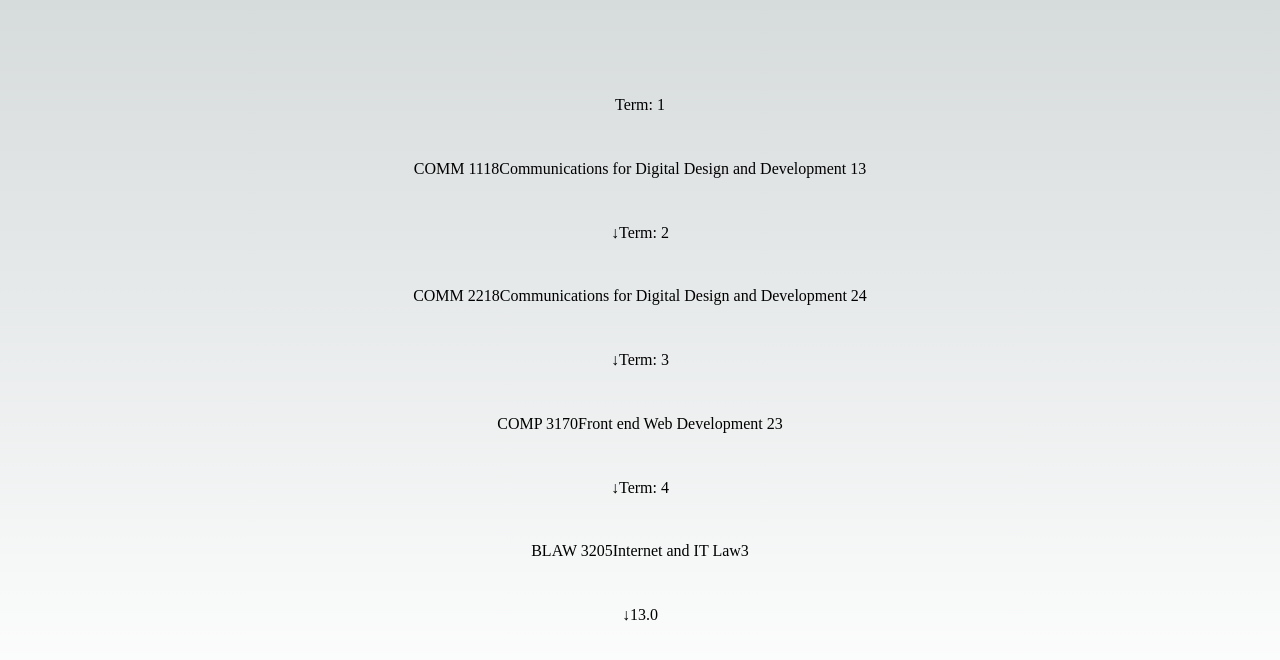
Repository: juliet-jskim/environmental-variable-accordion-inclass-example
Page: /
These files come from the project's save history. The page is drawn as it stood at one moment and after the next save; the edit follows.
The browser window is 1280 px wide. The pictures show the whole page.
The project was rebuilt for these pictures with package versions that can differ from the ones it lists, and the page was loaded fresh each time. The framework's server and built-in components were replaced by stand-ins that run in the browser. Also part of the build but not shown: next.config.js.

Above is the page before, as saved 2023-03-27 10:04:42.

### pages/index.js
import Head from 'next/head'
import Image from 'next/image'
import styles from '@/styles/Home.module.css'
import { matrix } from '../data/matrix.js'
import { useState, useEffect } from 'react'
import Accordion from '@/components/Accordion/index.js'

export default function Home() {

  const [totalCredits, setTotalCredits] = useState(0);
  const [data, setData] = useState([...matrix.courses]);

  useEffect(() => {
    var x = 0;

    data.map((i)=> {
      x += i.credits
    })

    setTotalCredits(x);
  }, [])

  return (
    <>
      <Head>
        <title>Create Next App</title>
        <meta name="description" content="Generated by create next app" />
        <meta name="viewport" content="width=device-width, initial-scale=1" />
        <link rel="icon" href="/favicon.ico" />
      </Head>
      <main className={styles.main}>

        {
          data && data.map((info, index) => {
            return (
              <Accordion key={index} term={info.term} code={info.code} title={info.title} credits={info.credits} description={info.description}/>
            )
          })
        }

        {totalCredits.toFixed(1)}

      </main>
    </>
  )
}

### data/matrix.js
export const matrix ={
    courses: [
        {
            term: 1,
            code: "COMM 1118",
            title:"Communications for Digital Design and Development 1",
            credits: 3.0,
            description: "This is a description..."

        },
        {
            term: 2,
            code: "COMM 2218",
            title:"Communications for Digital Design and Development 2",
            credits: 4.0,
            description: "This is a description..."

        },
        {
            term: 3,
            code: "COMP 3170",
            title:"Front end Web Development 2",
            credits: 3.0,
            description: "This is a description..."

        },
        {
            term: 4,
            code: "BLAW 3205",
            title:"Internet and IT Law",
            credits: 3.0,
            description: "This is a description..."

        },
    ]
}

### components/Accordion/index.js
import { useState } from "react"


export default function Accordion({
    term,
    code,
    title,
    credits,
    description
}) {

    const [isActive, setIsActive] = useState(false);
    return (
        <>
            Term: {term}

            <div onClick={() => setIsActive(!isActive)}>
                {code}
                {title}
                {credits}
            </div> {isActive ? "^" : "↓"}
        </>
    )
}

Loaded but not shown: pages/_app.js (common file); pages/_document.js (common file); styles/globals.css (common file); styles/Home.module.css (common file)

After the next save:
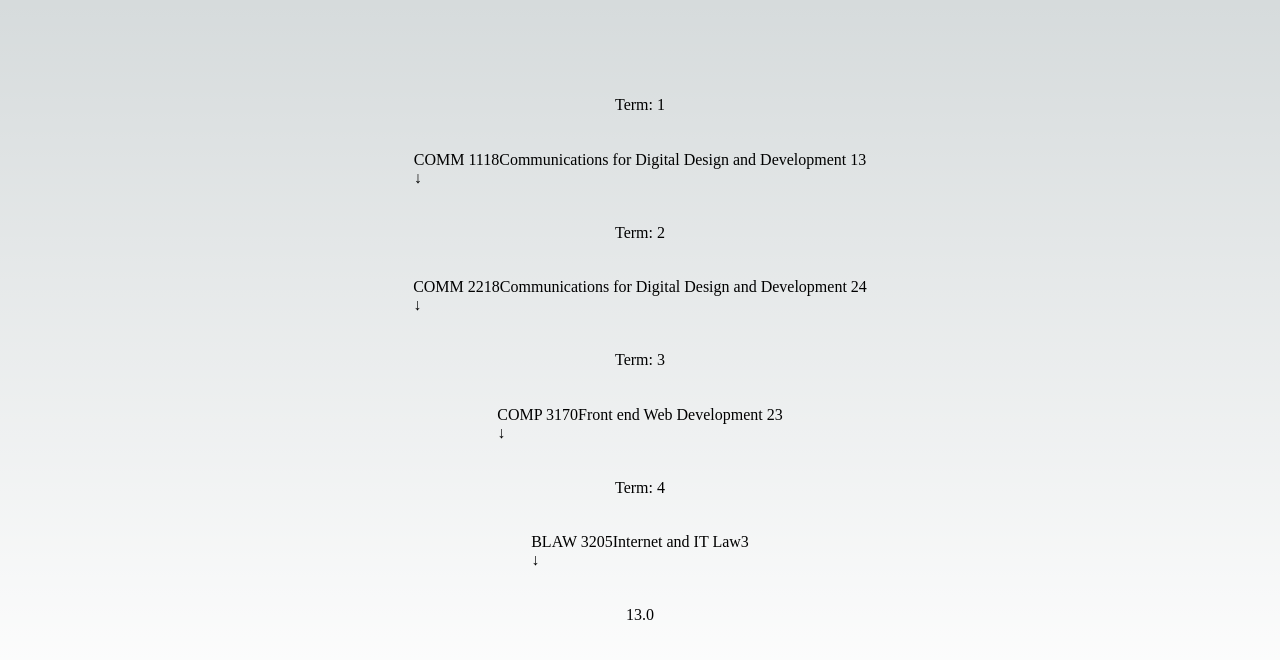
Saved 89 s later.
--- a/components/Accordion/index.js
+++ b/components/Accordion/index.js
@@ -18,7 +18,10 @@ export default function Accordion({
                 {code}
                 {title}
                 {credits}
-            </div> {isActive ? "^" : "↓"}
+                <div>{isActive ? "^" : "↓"}</div>
+            </div>
+
+            {isActive && <div>{description}</div>}
         </>
     )
 }
